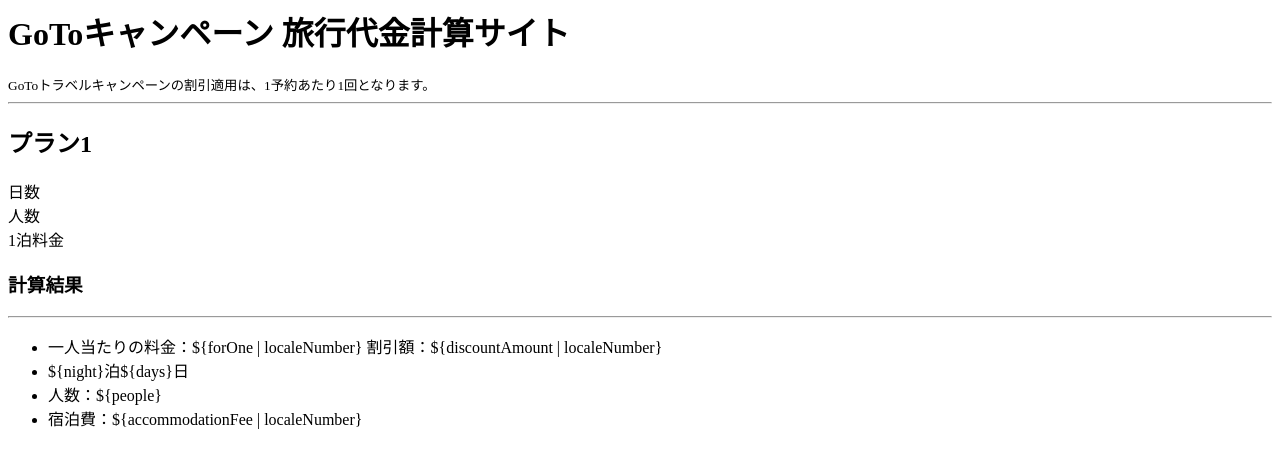
Repository: Ischca/ischca.github.io
Page: src/my-app.html
These files come from the project's save history. The page is drawn as it stood at one moment and after the next save; the edit follows.
The browser window is 1280 px wide. The pictures show the whole page.

Above is the page before, as saved 2020-10-02 16:42:34.

After the next save:
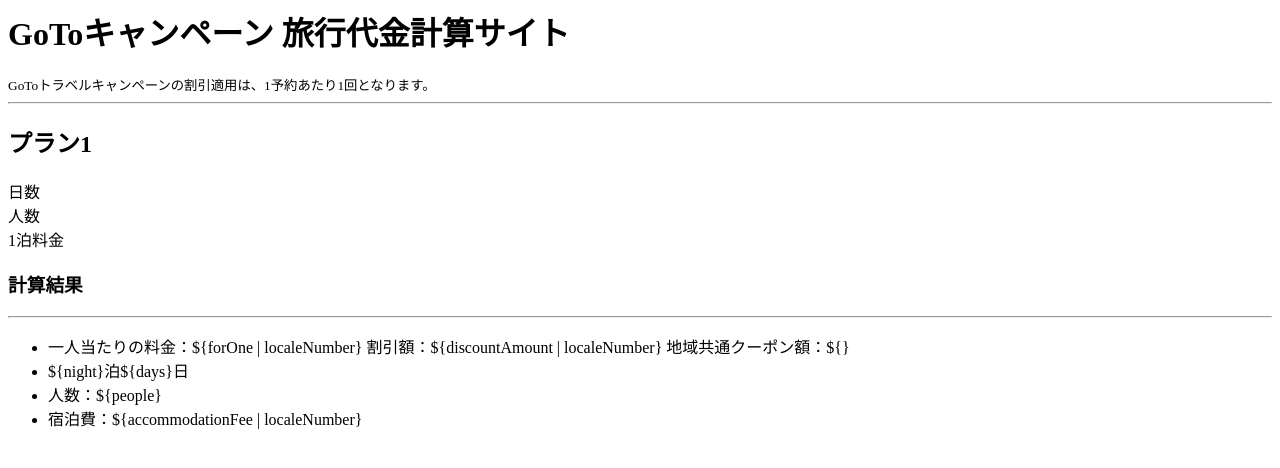
Saved 86 s later.
--- a/src/my-app.html
+++ b/src/my-app.html
@@ -56,6 +56,7 @@
             <li class="list-group-item">
                 一人当たりの料金：${forOne | localeNumber}
                 割引額：${discountAmount | localeNumber}
+                地域共通クーポン額：${}
             </li>
             <li class="list-group-item">
                 ${night}泊${days}日
